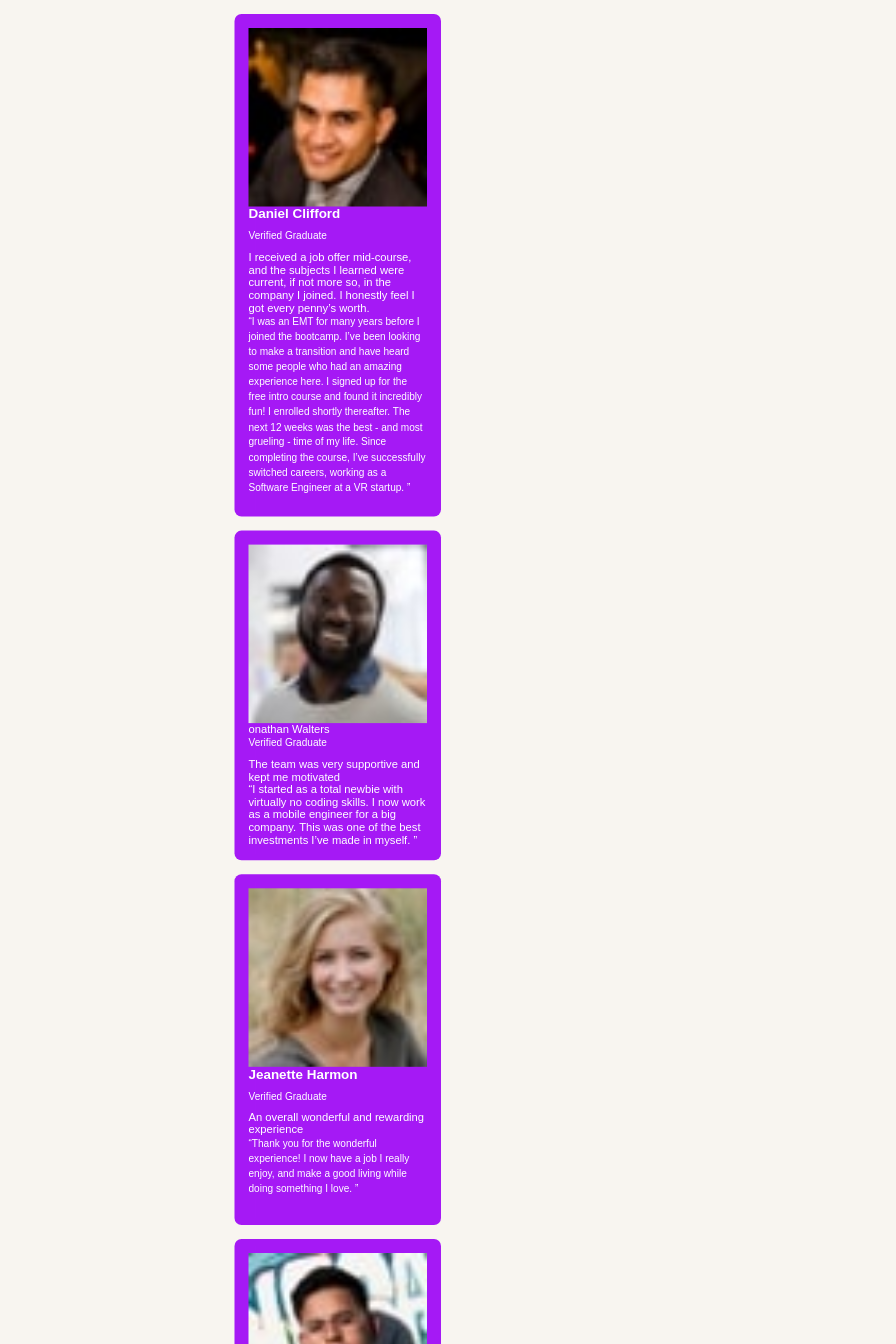
Repository: MagedElRefaey/Grid-Project
Page: Task.html
An editor plug-in stored every save of this project. The page is shown before and after the next save, followed by the edit.
The browser window is 1280 px wide. The pictures show the part of the page from y = 0 to 1920 px (the page is 3321 px tall before and 4179 px after), at 70% of full size.

Above is the page before, as saved 2024-09-13 22:32:41.

After the next save:
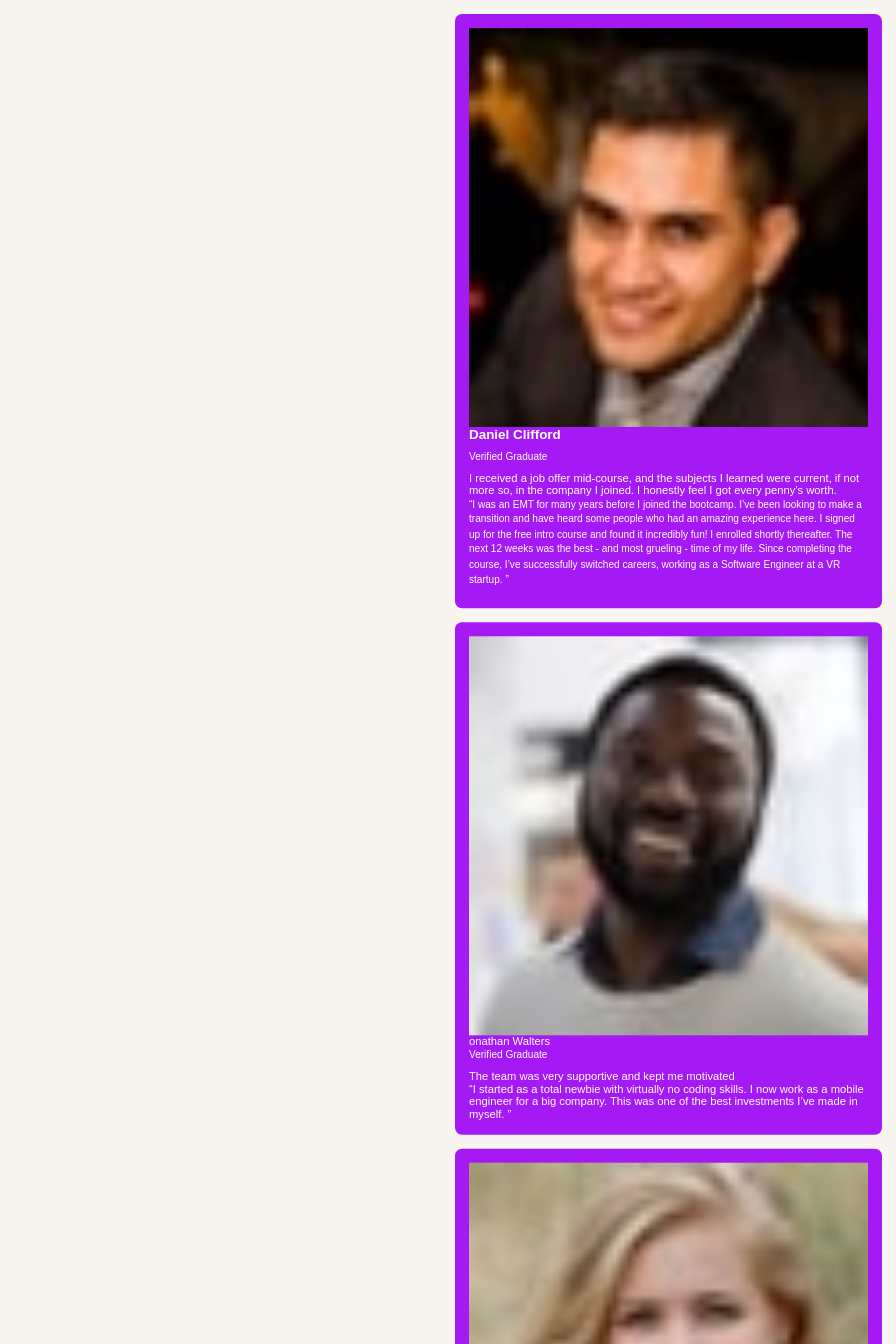
Saved 10 s later.
--- a/Style.css
+++ b/Style.css
@@ -10,7 +10,7 @@
 }
 .Container{
     display: grid;
-    grid-template-columns: repeat(4,1fr);
+    grid-template-columns: repeat(2,1fr);
     grid-template-areas: ".David" ".David" ".Jonathan" ".Jonathan"
                           ".Jeantette" ".Jeantette" ".Patrick" ".Patrick"
                           ".Kira" ".Kira" ".Kira" ".Kira";

After the save that followed:
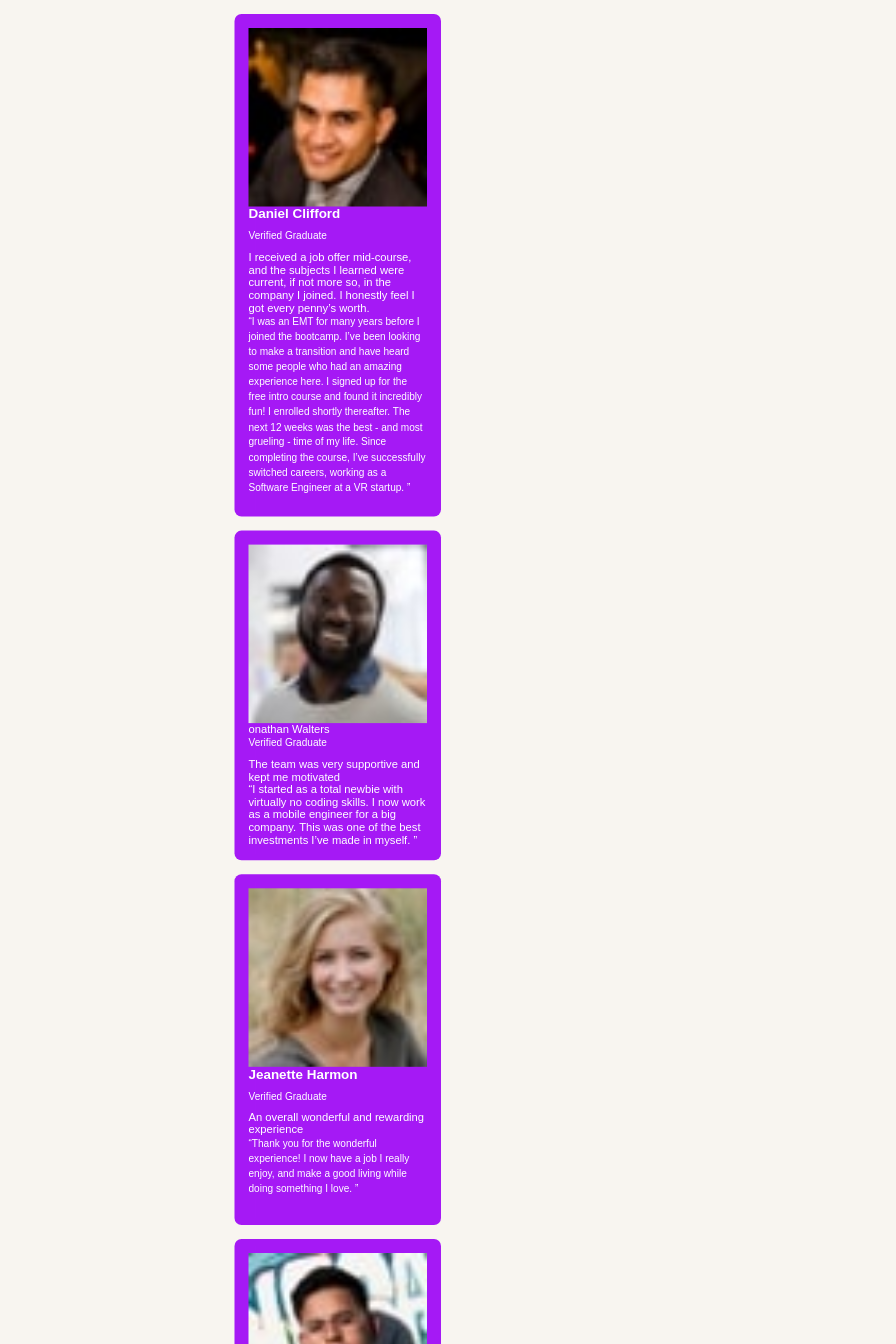
Saved 7 s later.
--- a/Style.css
+++ b/Style.css
@@ -10,7 +10,7 @@
 }
 .Container{
     display: grid;
-    grid-template-columns: repeat(2,1fr);
+    grid-template-columns: repeat(4,1fr);
     grid-template-areas: ".David" ".David" ".Jonathan" ".Jonathan"
                           ".Jeantette" ".Jeantette" ".Patrick" ".Patrick"
                           ".Kira" ".Kira" ".Kira" ".Kira";
